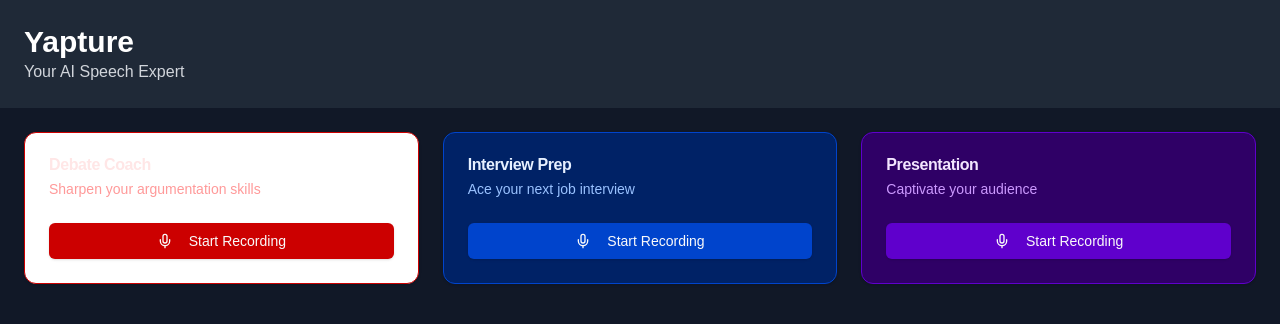
Repository: pghiasia/elevenlabs-hackathon
Page: /
These files come from the project's save history. The page is drawn as it stood at one moment and after the next save; the edit follows.
The browser window is 1280 px wide. The pictures show the whole page.
The project was rebuilt for these pictures with package versions that can differ from the ones it lists, and the page was loaded fresh each time. The framework's server and built-in components were replaced by stand-ins that run in the browser. Also part of the build but not shown: next.config.ts.

Above is the page before, as saved 2024-11-09 16:55:43.

After the next save:
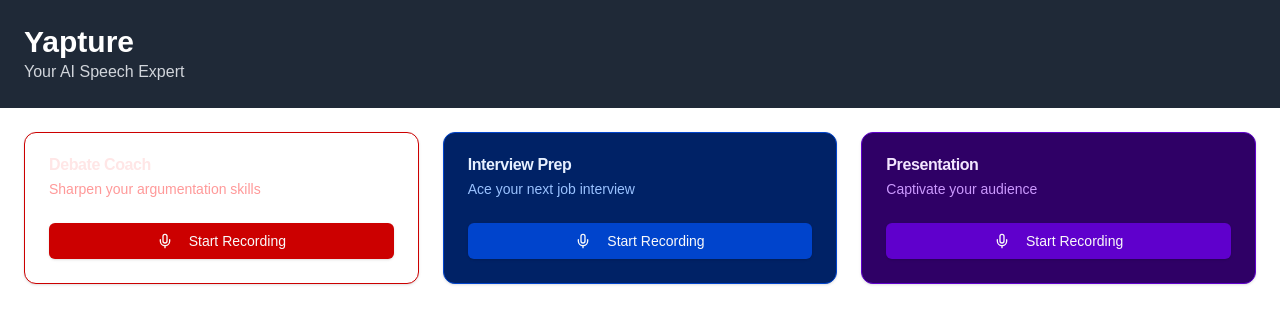
Saved 82 s later.
--- a/src/app/page.tsx
+++ b/src/app/page.tsx
@@ -38,7 +38,7 @@ const categories = [
 
 export default function Home() {
   return (
-    <div className="min-h-screen bg-gray-900 text-white">
+    <div className="min-h-screen bg-0a2463 text-white">
       <header className="p-6 bg-gray-800">
         <h1 className="text-3xl font-bold">Yapture</h1>
         <p className="text-gray-300">Your AI Speech Expert</p>
